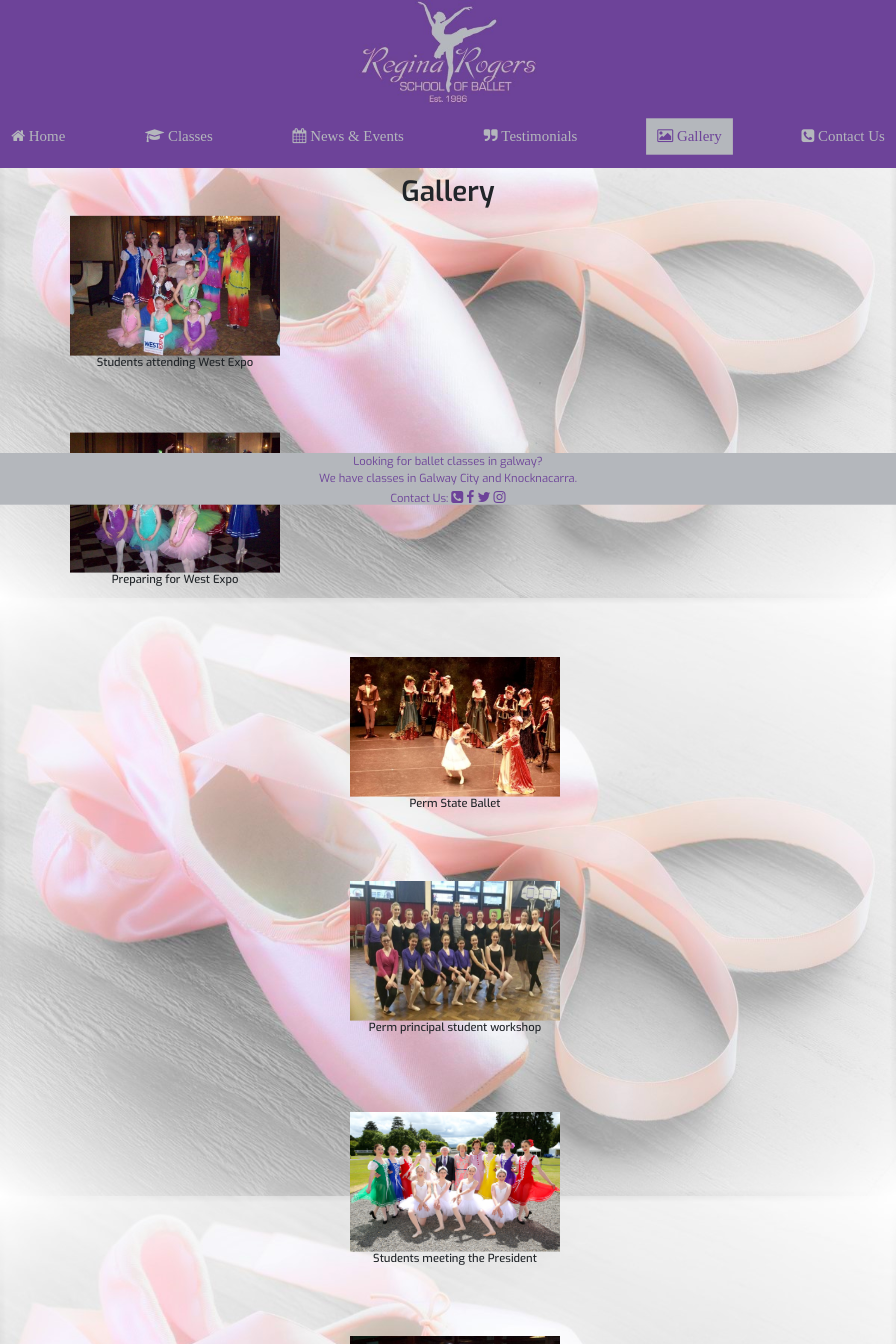
Repository: davidtmiller2010/galwayballet
Page: Gallery.html
The author's editor kept a record of every edit. The page is drawn from the files as they stood at one moment, then again after the next edit.
The browser window is 1280 px wide. The pictures show the part of the page from y = 0 to 1920 px (the page is 2893 px tall), at 70% of full size.

Above is the page before.

### Gallery.html
<!DOCTYPE html>
<html lang="en">

<head>
    <meta charset="UTF-8">
    <meta name="viewport" content="width=device-width, initial-scale=1.0">
    <meta http-equiv="X-UA-Compatible" content="ie=edge">
    <link rel="stylesheet" href="https://stackpath.bootstrapcdn.com/bootstrap/4.3.1/css/bootstrap.min.css" type="text/css" />
    <link rel="stylesheet" href="https://stackpath.bootstrapcdn.com/font-awesome/4.7.0/css/font-awesome.min.css" type="text/css" />
    <link rel="stylesheet" href="assets/CSS/style1.css" type="text/css" />
    <link href="https://fonts.googleapis.com/css?family=Exo|Roboto" rel="stylesheet">
    <link href="https://fonts.googleapis.com/css?family=Dancing+Script" rel="stylesheet">
    <title>Regina Rogers</title>
</head>

<body>
    <header>
         <div class="logo">
            <li><i class="bars fa fa-bars"> MENU </i></li>
        </div>
        <div>
            <ul class="navbar">
                <li><a href="index.html" ><i class="fa fa-home fa-lg"> Home</i></a></li>
                <li><a href="Classes.html" ><i class="fa fa-graduation-cap fa-lg"> Classes</i></a></li>
                <li><a href="News.html" ><i class="fa fa-calendar fa-lg"> News & Events</i></a></li>
                <li><a href="Testimonial.html" ><i class="fa fa-quote-right fa-lg"> Testimonials</i></a></li>
                <li><a href="Gallery.html" class="active "><i class="fa fa-image fa-lg"> Gallery</i></a></li>
                <li><a href="Contact.html" ><i class="fa fa-phone-square fa-lg"> Contact Us</i></a></li>
            </ul>
            </div>
    </header>
    <section class="container-fluid1">
        <h2 class=heading>Gallery</h2>
        <div class=" galleryheight">
            <div class="col-6 gallery text-center">
                <img src="assets/images/westexpo.jpg" alt="West Expo" width=300 height=200 >
                <h6>Students attending West Expo</h6>
            </div>
            <div class="col-6 gallery text-center">
                <img src="assets/images/WestExpo2.jpg" alt="West Expo2" width=300 height=200>
                <h6>Preparing for West Expo</h6>
            </div>
        </div>
        <div class="row galleryheight">
            <div class="col-12 gallery text-center">
                <img src="assets/images/permstudentspic.jpg" alt="perm students pic" width=300 height=200>
                <h6>Perm State Ballet</h6>
            </div>
            <div class="col-12 gallery text-center">
                <img src="assets/images/vitaliystudents.jpg" alt="vitaliy students" width=300 height=200>
                <h6>Perm principal student workshop</h6>
            </div>
        </div>
        <div class="row galleryheight">
            <div class="col-12 gallery text-center">
                <img src="assets/images/ARAS.jpg" alt="ARAS" width=300 height=200>
                <h6>Students meeting the President</h6>
            </div>
            <div class="col-12 gallery text-center">
                <img src="assets/images/Mikediskin.jpg" alt="Mikediskin" width=300 height=200>
                <h6>Mike Diskin Memorial event</h6>
            </div>
        </div>
        <div class="row galleryheight">
            <div class="col-12 gallery text-center">
                <img src="assets/images/dance-festival.jpg" alt="dance-festival" width=300 height=200>
                <h6>Students at the dance festival</h6>
            </div>
            <div class="col-12 gallery text-center">
                <img src="assets/images/daffodilevent.jpg" alt="daffodil event" width=300 height=200>
                <h6>Students at daffodil day</h6>
            </div>
        </div>
    </section>
    <footer>
        <div class="footermessage">
            <h7 class="uppercase general">Looking for ballet classes in galway?</h7><br/>
            <p class="inline-block footermessage">
                We have classes in Galway City and Knocknacarra.
                <br> Contact Us:
                <a href="Contact.html" target="_blank">
                     <i class="fa fa-phone-square infobutton" aria-hidden="true"></i>
                    </a>
                <a target="_blank" href="https://www.facebook.com/Regina-Rogers-School-of-Ballet-568812096482190/">
                            <i class="fa fa-facebook infobutton " aria-hidden="true"></i>
                            <span class="sr-only">Facebook</span>
                        </a>
                <a target="_blank" href="https://twitter.com/Twitter">
                            <i class="fa fa-twitter infobutton " aria-hidden="true"></i>
                            <span class="sr-only">Twitter</span>
                        </a>
                <a target="_blank" href="https://www.instagram.com/instagram/">
                            <i class="fa fa-instagram infobutton " aria-hidden="true"></i>
                            <span class="sr-only">Instagram</span>
                        </a>
            </p>
        </div>
    </footer>
    <script src="app.js"></script>
    <script src="https://code.jquery.com/jquery-3.3.1.slim.min.js" integrity="sha384-q8i/X+965DzO0rT7abK41JStQIAqVgRVzpbzo5smXKp4YfRvH+8abtTE1Pi6jizo" crossorigin="anonymous"></script>
    <script src="https://cdnjs.cloudflare.com/ajax/libs/popper.js/1.14.7/umd/popper.min.js" integrity="sha384-UO2eT0CpHqdSJQ6hJty5KVphtPhzWj9WO1clHTMGa3JDZwrnQq4sF86dIHNDz0W1" crossorigin="anonymous"></script>
    <script src="https://stackpath.bootstrapcdn.com/bootstrap/4.3.1/js/bootstrap.min.js" integrity="sha384-JjSmVgyd0p3pXB1rRibZUAYoIIy6OrQ6VrjIEaFf/nJGzIxFDsf4x0xIM+B07jRM" crossorigin="anonymous"></script>

</body>

### assets/CSS/style1.css
@import url('https://fonts.googleapis.com/css?family=Exo:100,200,300,400,500,600,700|Roboto:100,200,300,400,500,600,700');

/*----------colors---------*/

.bg-color-details {
    background: none;
    color: #6D4399;
}

.formbg {
    background: none;
}


.bg-color-contact {
    color: #6D4399;
    background: none;
}

.bars {
    background-color: #6D4399;
    color: #B4B7BC;
    margin-left: 10px;
    margin-top: 10px;
    padding: 0;
    top: 0;
    display: block;
    cursor: pointer;
    z-index: 1;
    position: fixed
}

/*----------Header---------*/

header {
    margin-bottom: 0;
}

/*.navbar {
    overflow: hidden;
    background-color: #6D4399;
    position: fixed;
    top: 0;
    width: 100%;
    height: 90px;
    padding: 0;
    float: right;
}*/

.icons {
    display: none;
}

ul {
    list-style-type: none;
    margin-bottom: 0;
    margin-top: 0;
    padding: 0;
    background-color: #6D4399;

}

li {
    float: left;
    list-style: none;
}

li a {
    display: block;
    color: #B4B7BC;
    text-align: center;
    padding: 14px 16px;
    text-decoration: none;
}

li a:hover:not(.active) {
    background-color: #B4B7BC;
}

li a:hover {
    color: white;
    background-color: #6D4399;
}

.active {
    background-color: #B4B7BC;
    color: #6D4399;
}


/*----------body---------*/

body {
    top: 20px;
    background-image: url("../images/balletshoes.jpg");
    background-size: 100%;
    font-family: "Exo", sans-serif;
}

.logo {
    background: #6D4399;
    background-image: url("../images/reginalogo3.jpg");
    background-position: center;
    background-repeat: no-repeat;
    background-size: contain;
    top: 0;
    width: 100%;
    position: fixed;
    height: 150px;
    padding: 0;
    margin: 0;
    z-index: 0;
}


.row {
    margin-left: 5px;
    margin-right: 5px;

}

.layout {
    z-index: -1;
}

.paragraph {
    margin: 10px 0;
    text-align: justify;
    text-justify: inter-word;
    font-family: "Exo", Times, serif;
    font-size: 10px;
    font-weight: 500;
    z-index: -1;
}

.galleryheight {
    margin: 10px 60px 10px 20px;
}

/*----------Footer---------*/

footer {
    background: #6D4399;
    color: #6D4399;
    padding-bottom: 10px;
    margin: 0;
    text-align: center;
    height: 50px;
    position:fixed;
    width:100%;
    bottom:23px;
}

.footermessage {
    background-color: #B4B7BC;
    margin: 0;
    height: 50px;
    padding: 0px;
}

.infobutton {
    background-color: #B4B7BC;
    font-size: 20px;
    color: #6D4399;
    margin: 0;
    margin-top: 5px;
    padding: 0;
    transition: all 0.5s ease-in-out;
    -moz-transition: all 0.5s ease-in-out;
    -webkit-transition: all 0.5s ease-in-out;
    -o-transition: all 0.5s ease-in-out;
}

.infobutton:hover {
    color: white;
}

/*----------Tables---------*/

table th {
    background: #6D4399;
    color: white;
    border: solid;
    border-color: #6D4399;
    text-align: center;
}

table td {
    border: solid;
    color: black;
    border-color: #6D4399;
}

#formstyle {
    width: 50%;
    display: inline-block;
    text-align: center;
    margin-left: 25%;
    margin-right: 25%;
}

.form-row {
    margin-top: 5px;
}

/*----------General---------*/

.headers {
    font-weight: 800;
    font-family: "Exo", sans-serif;
    text-align: center;
    text-decoration: underline;
}

.heading {
    font-weight: 600;
    font-family: "Exo", sans-serif;
    text-align: center;
    margin-top: 10px;
    font-size: 40px;

}

.headerstyle {
    font-weight: 700;
    font-family: "Exo", sans-serif;
    text-align: center;
    margin-bottom: 15px;
}

.testhead {
    font-weight: 600;
    font-family: "Exo", sans-serif;
    text-align: center;
    margin-top: 20px;
    font-size: 30px;
    text-decoration: underline;
}

.container-fluid {
    padding: 0;
    margin: 250px 5px 100px 5px;
    width: 100%;
}

.container-fluid1 {
    padding: 0;
    margin-top: 250px;
    margin-bottom: 25px;
    height: 100%;
    width: 100%;
}

.contact-heading {
    margin: 25px 0;
}

.gallery {
    width: 100%;
    text-align: center;
}

.news {
    z-index: -1;
    font-weight: 600;
    text-align: center;
    margin: 10px 0 20px 0px;
}

.newsheader {
    margin-top: 10px;
    text-align: center;
    text-decoration: underline;
    font-weight: bold;
    color: #696969;
}

.bordernews {
    border-style: solid;
    border-width: 1px;
    font-weight: 600;
}

/*----------Testimonials---------*/

.testimonials {
    padding: 0;
    margin: 5px;
    width: 100%;
    text-align: justify;
    z-index: -1;
    font-weight: 600;
    font-family: "Exo", sans-serif;
}

.image {
    width: 200px;
    height: 200px;
    margin: 5px 80px;
}

/*----------Media Queries---------*/

@media screen and (max-width: 767px)
/* Mobile */

    {

    ul {
        font-size: 8px;
    }

    nav ul a {
        margin-right: 60%;
        display: inline-block;
    }

    .fontsize {
        font-size: 10px;
        margin-bottom: 25px;
        text-align: justify;
        margin-right: 10px;
    }

    .footermessage {
        font-size:15px;
    }

    .center {
        width: 50%;
        display: block;
        margin-left: auto;
        margin-right: auto;
        height: 50%;
    }

    .table {
        border: solid;
        width: 90%;
        height: 100%;
        color: black;
        border-color: #6D4399;
        margin-left: 10%;
        margin-right: 10%;
        background-color: #B4B7BC;
        overflow: auto;
        font-size: 10px;
    }

    .responsive {
        overflow: auto;
        height: 100%;
        width: 340px;
        margin: 0;

    }

    .picdimensions {
        width: 200px;
        height: 150px;
    }

    .parastyle {
        font-size: 15px;
    }

    .navbar {
        display: flex;
        flex-direction: column;
        align-items: center;
        background-color: #6D4399;
        position: fixed;
        top: 25px;
        width: 35%;
        height: 300px;
        padding: 0;
        float: right;
        transform: translateX(-100%);
        transition: transform 1s ease-in-out;
    }

    .navbar-active {
        transform: translateX(0);
    }

    #formstyle {
        width: 80%;
        display: inline-block;
        text-align: center;
        margin-left: 10%;
        margin-right: 10%;
    }

    .textsize {
        font-size: 15px;
    }


}

@media screen and (min-width: 768px) and (max-width: 991px)
/* Tablet */

    {

    ul {
        font-size: 10px;
    }

    .bars {
        display: none;
    }

    nav ul a {
        margin-right: 25%;
        display: inline-block;
    }

    .gallery {

        width: 49%;
        text-align: center;
    }

    .testimonials {
        padding: 0;
        margin: 1px;
        /*width: 100%;*/
        text-align: justify;
        z-index: -1;
        font-weight: 600;
        font-family: "Exo", sans-serif;
    }

    .image {
        width: 400px;
        height: 250px;
        margin: 10px;
        align-items: center;
    }

    .center {
        width: 60%;
        display: block;
        margin: 5px 20% 5px 20%;
        height: 50%;
        text-align: center;
    }

    .fontsize {
        font-size: 20px;
        margin-bottom: 20px;
        margin-right: 10px;
        text-align: justify;
    }

    .newsheader {
        margin-top: 10px;
        text-align: center;
        text-decoration: underline;
        font-weight: bold;
        color: #191970;
        font-size: 30px;
    }

    .table {
        border: solid;
        width: 100%;
        height: 100%;
        color: black;
        border-color: #6D4399;
        margin-left: 10%;
        margin-right: 10%;
        background-color: #B4B7BC;
        overflow: auto;
    }

    .responsive {
        overflow: auto;
        height: 100%;
        width: 660px;
        margin-left: 10px;
        margin-right: 10px;

    }

    .picdimensions {
        width: 300px;
        height: 200px;
    }

    .paragraph {
        margin: 10px 0;
        text-align: justify;
        text-justify: inter-word;
        font-family: "Exo", Times, serif;
        font-size: 20px;
        font-weight: 500;
        z-index: -1;
    }

    .navbar {
        overflow: hidden;
        background-color: #6D4399;
        position: fixed;
        top: 150px;
        width: 100%;
        height: 90px;
        padding: 0;
        float: right;
    }
    header {
        margin-bottom: 90px;
    }

    .testhead {
        text-align: left;
    }
}

@media screen and (min-width: 992px)
/* Desktop */

    {
    .bars {
        display: none;
    }


    .gallery {
       margin:10px 30px 10px 30px;
        text-align: center;
        width:400px;
        height:300px;
    }

    .testimonials {
        padding: 0;
        margin: 1px;
        width: 100%;
        text-align: justify;
        z-index: -1;
        font-weight: 600;
        font-family: "Exo", sans-serif;
    }

    .image {
        width: 500px;
        height: 500px;
        margin: 10px;

    }

    .center {
        width: 600px;
        display: block;
        margin: 10px 30px 10px 60px;
        height: 300px;
        text-align: center;

    }

    .fontsize {
        font-size: 25px;
        margin-bottom: 10px;
        text-align: justify;
        margin-right: 10px;
    }

    .newsheader {
        margin-top: 10px;
        text-align: left;
        text-decoration: underline;
        font-weight: bold;
        color: #6D4399;
        font-size: 40px;
    }

    .table {
        border: solid;
        width: 100%;
        height: 100%;
        color: black;
        border-color: #6D4399;
        background-color: #B4B7BC;
        overflow: auto;
    }

    .responsive {
        overflow: auto;
        height: 100%;
        width: 90%;
        margin-left: 5%;
        margin-right: 5%;

    }

    .picdimensions {
        width: 450px;
        height: 300px;
    }

    .paragraph {
        margin: 10px 0;
        text-align: justify;
        text-justify: inter-word;
        font-family: "Exo", Times, serif;
        font-size: 23px;
        font-weight: 500;
        z-index: -1;
    }

    .navbar {
        overflow: hidden;
        background-color: #6D4399;
        position: fixed;
        top: 150px;
        width: 100%;
        height: 90px;
        padding: 0;
        float: right;
    }

    header {
        margin-bottom: 90px;
    }

    .testhead {
        text-align: left;
    }

}

### app.js
// JavaScript File
const navbarSlide = () => {
    const bars = document.querySelector('.bars');
    const navbar = document.querySelector('.navbar');

    bars.addEventListener('click', () => {
        navbar.classList.toggle('navbar-active');
    })
}

navbarSlide();

After the next edit:
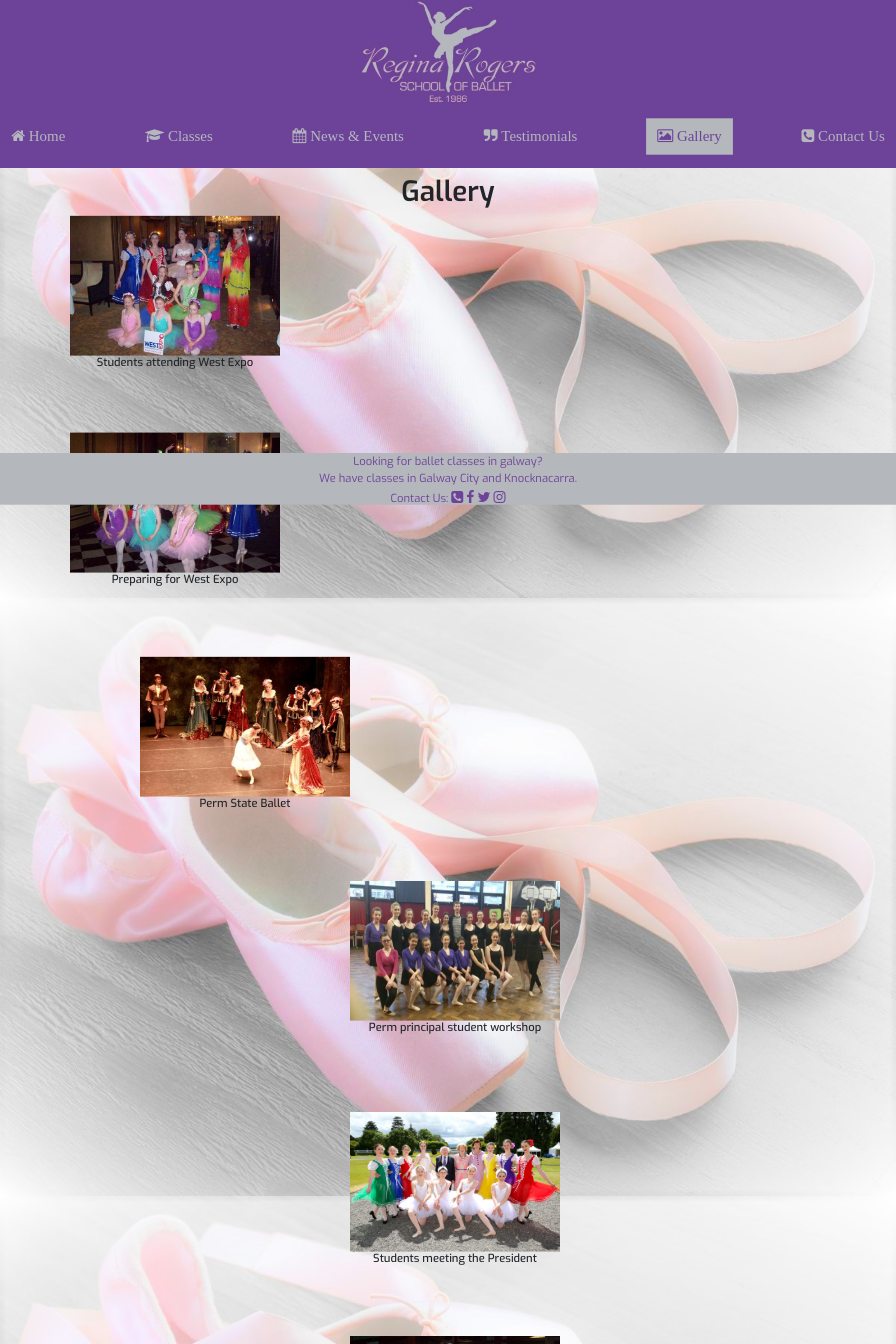
The edit:
--- a/Gallery.html
+++ b/Gallery.html
@@ -42,7 +42,7 @@
             </div>
         </div>
         <div class="row galleryheight">
-            <div class="col-12 gallery text-center">
+            <div class="col-6 gallery text-center">
                 <img src="assets/images/permstudentspic.jpg" alt="perm students pic" width=300 height=200>
                 <h6>Perm State Ballet</h6>
             </div>
